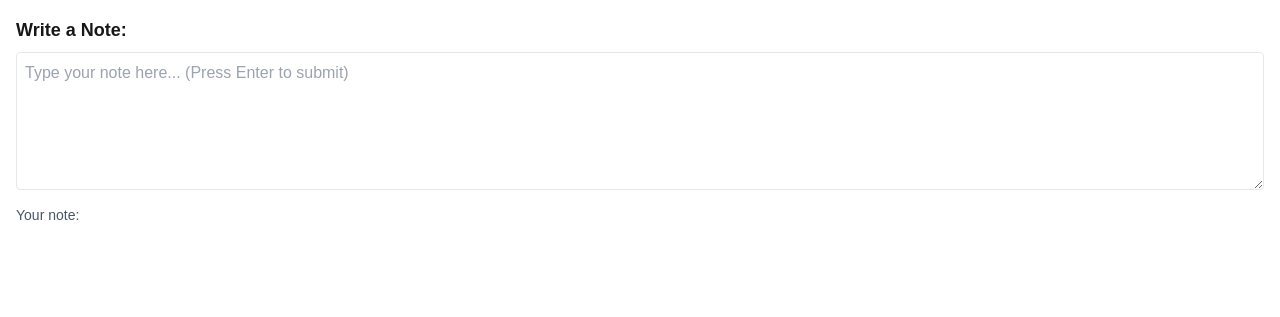
Repository: oxniw/usingmoney
Page: /note
An editor plug-in stored every save of this project. The page is shown before and after the next save, followed by the edit.
The browser window is 1280 px wide. The pictures show the whole page.
The project was rebuilt for these pictures with package versions that can differ from the ones it lists, and the page was loaded fresh each time. The framework's server and built-in components were replaced by stand-ins that run in the browser. Also part of the build but not shown: next.config.ts.

Above is the page before, as saved 2025-04-29 16:35:55.

After the next save:
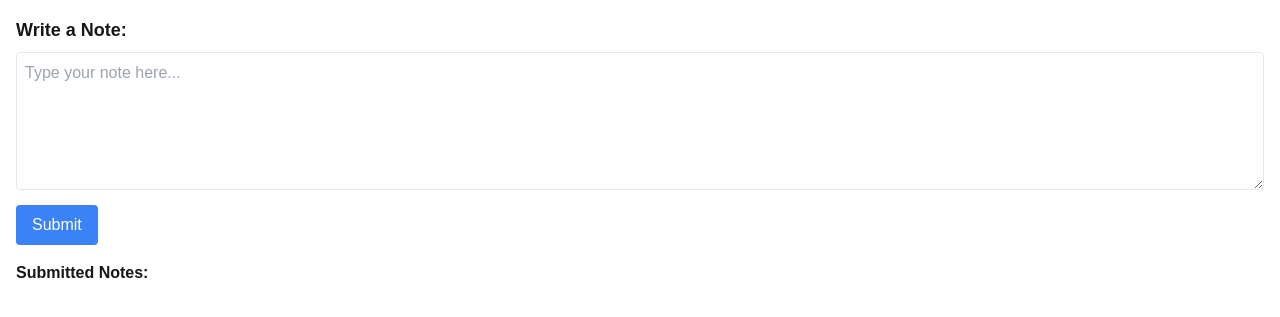
Saved 2 min 16 s later.
--- a/src/app/note/page.jsx
+++ b/src/app/note/page.jsx
@@ -3,13 +3,12 @@ import { useState } from 'react';
 
 export default function NoteInput() {
   const [note, setNote] = useState('');
+  const [notes, setNotes] = useState([]);
 
-  const handleKeyDown = (e) => {
-    if (e.key === 'Enter' && !e.shiftKey) {
-      e.preventDefault(); // prevent new line
-      console.log('Note submitted:', note);
-      // Optionally clear the note
-      // setNote('');
+  const handleSubmit = () => {
+    if (note.trim() !== '') {
+      setNotes((prevNotes) => [...prevNotes, note.trim()]);
+      setNote('');
     }
   };
 
@@ -19,12 +18,25 @@ export default function NoteInput() {
       <textarea
         value={note}
         onChange={(e) => setNote(e.target.value)}
-        onKeyDown={handleKeyDown}
-        placeholder="Type your note here... (Press Enter to submit)"
+        placeholder="Type your note here..."
         className="w-full p-2 border rounded resize-y"
         rows={5}
       />
-      <p className="mt-2 text-sm text-gray-600">Your note: {note}</p>
+      <button
+        onClick={handleSubmit}
+        className="mt-2 px-4 py-2 bg-blue-500 text-white rounded hover:bg-blue-600"
+      >
+        Submit
+      </button>
+
+      <div className="mt-4">
+        <h3 className="font-semibold mb-2">Submitted Notes:</h3>
+        {notes.map((n, index) => (
+          <div key={index} className="mb-2 p-2 bg-gray-100 rounded">
+            {n}
+          </div>
+        ))}
+      </div>
     </div>
   );
 }
